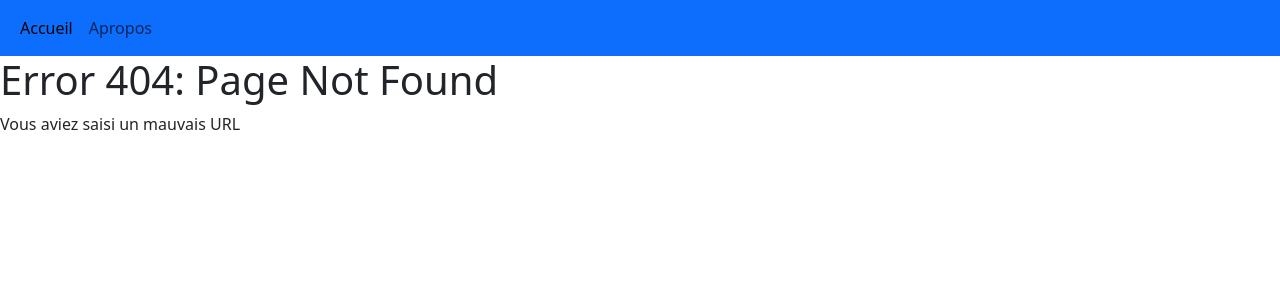
Repository: SKB-TECH/MinProject
Page: IHM/pageIntrouvable.html
An editor plug-in stored every save of this project. The page is shown before and after a run of saves, followed by the edit.
The browser window is 1280 px wide. The pictures show the whole page.
Some web libraries are served in a nearby version.

Above is the page before, as saved 2022-09-29 15:35:38.

After the next 5 saves:
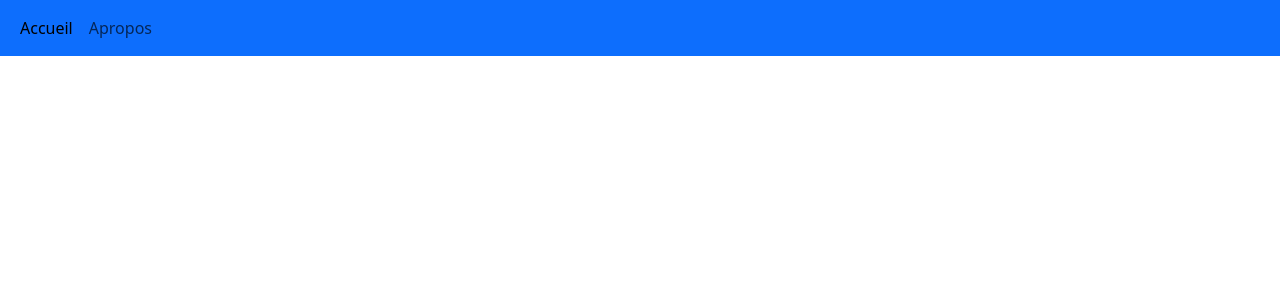
The 5 saves are shown as one change because they came seconds apart.
The last was saved 26 s later.
--- a/IHM/pageIntrouvable.html
+++ b/IHM/pageIntrouvable.html
@@ -27,10 +27,9 @@
         </nav>
       </header>
    <section>
-        <h1>Error 404: Page Not Found</h1>
-        <p>
-            Vous aviez saisi un mauvais URL
-        </p>
+        <div style="width: ;">
+
+        </div>
    </section>
 </body>
 </html>
